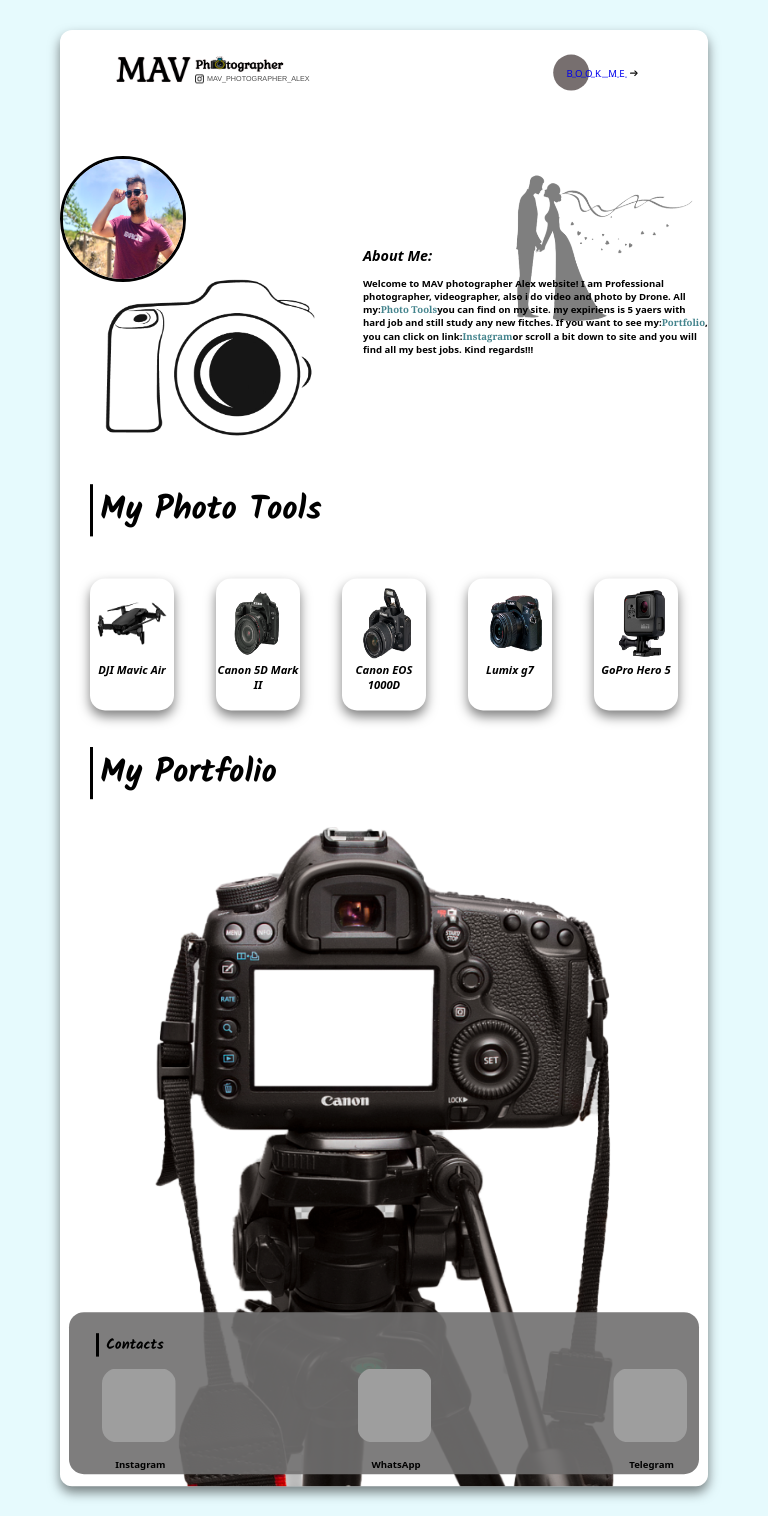
Repository: Dekabrist94/MAV
Page: /
These files come from the project's save history. The page is drawn as it stood at one moment and after the next save; the edit follows.
The browser window is 1280 px wide. The pictures show the whole page, at 60% of full size.
Pictures or frames that could not be fetched are drawn as grey boxes. The project was rebuilt for these pictures with package versions that can differ from the ones it lists, and the page was loaded fresh each time. Also part of the build but not shown: src/components/media/media.css.

Above is the page before, as saved 2023-03-27 22:20:35.

### public/index.html
<!DOCTYPE html>
<html lang="en">
  <head>
    <meta charset="utf-8" />
    <!-- <link rel="icon" href="%PUBLIC_URL%/favicon.ico" /> -->
    <meta name="viewport" content="width=device-width, initial-scale=1" />
    <meta name="theme-color" content="#000000" />
    <meta name="description" content="Web site created using create-react-app" />
    <!-- <link rel="apple-touch-icon" href="%PUBLIC_URL%/logo192.png" /> -->
    <!--
      manifest.json provides metadata used when your web app is installed on a
      user's mobile device or desktop. See https://developers.google.com/web/fundamentals/web-app-manifest/
    -->
    <!-- <link rel="manifest" href="%PUBLIC_URL%/manifest.json" /> -->
    <!--
      Notice the use of %PUBLIC_URL% in the tags above.
      It will be replaced with the URL of the `public` folder during the build.
      Only files inside the `public` folder can be referenced from the HTML.

      Unlike "/favicon.ico" or "favicon.ico", "%PUBLIC_URL%/favicon.ico" will
      work correctly both with client-side routing and a non-root public URL.
      Learn how to configure a non-root public URL by running `npm run build`.
    -->
    <title>React App</title>
  </head>
  <body>
    <noscript>You need to enable JavaScript to run this app.</noscript>
    <div id="root"></div>
    <!--
      This HTML file is a template.
      If you open it directly in the browser, you will see an empty page.

      You can add webfonts, meta tags, or analytics to this file.
      The build step will place the bundled scripts into the <body> tag.

      To begin the development, run `npm start` or `yarn start`.
      To create a production bundle, use `npm run build` or `yarn build`.
    -->
  </body>
</html>

### src/index.js
import React from 'react';
import ReactDOM from 'react-dom/client';
import './index.scss';
import App from './App';
import reportWebVitals from './reportWebVitals';

const root = ReactDOM.createRoot(document.getElementById('root'));
root.render(
  <React.StrictMode>
    <App />
  </React.StrictMode>,
);

// If you want to start measuring performance in your app, pass a function
// to log results (for example: reportWebVitals(console.log))
// or send to an analytics endpoint. Learn more: https://bit.ly/CRA-vitals
reportWebVitals();

### src/index.scss
@font-face {
  font-family: Kalam;
  src: url(../src/components/fonts/Kalam-Bold.ttf);
}

.aboutLinks {
  color: rgb(68, 132, 141);
  text-decoration: none;
  font-family: Georgia, 'Times New Roman', Times, serif;
  transition: all 0.3s ease;
}

.aboutLinks:hover {
  color: rgb(235, 17, 82);
  text-decoration: none;
  font-family: Georgia, 'Times New Roman', Times, serif;
}

body {
  position: relative;
  margin: 0;
  font-family: system-ui;
  -webkit-font-smoothing: antialiased;
  -moz-osx-font-smoothing: grayscale;
  background-color: rgb(12, 213, 240, 0.1);
}

.wrapper {
  background: #ffffff;
  box-shadow: 0px 10px 20px rgba(0, 0, 0, 0.5);
  border-radius: 20px;
  max-width: 1080px;
  margin: 50px auto;
}

header {
  padding: 40px;
  margin: 50px;
  display: flex;
  justify-content: space-between;
}

img {
  margin-right: 5px;
  user-select: none;
}

.headerLeft {
  display: flex;
  align-items: center;
  user-select: none;
}

.underLogoLink {
  color: black;
  opacity: 70%;
  font-family: 'Franklin Gothic Medium', 'Arial Narrow', Arial, sans-serif;
  text-decoration: none;
  transition: all 0.2s ease-in-out;
  text-transform: uppercase;
  font-size: 12px;
  user-select: none;
}
.underLogoLink:hover {
  opacity: 100%;
}
.instaLink {
  display: flex;
  margin-top: -3px;
  align-items: center;
}

.bookMe {
  margin-top: 20px;
}

h3,
p {
  margin: 0;
}

.aboutMe {
  position: relative;
  margin: 0 auto;
  justify-content: space-between;
  display: flex;
  align-items: center;
  // margin-left: 200px;
  // position: relative;
  // display: flex;
  // z-index: 3;
  // align-items: center;
  // justify-content: space-between;
}

.bride {
  opacity: 0.5;
  position: absolute;

  top: 30px;
  // position: relative;
  left: 750px;
  // opacity: 0.5;
  user-select: none;
}

.textAboutCenter {
  // left: -150px;
  // position: relative;
  text-align: left;
  font-style: italic;
}
.textAbout {
  // position: relative;
  // left: -150px;
  z-index: 5;
  // text-align: left;
  // font-style: italic;
  // font-family: 'Kalam';
  // opacity: 0.9;
  // display: inline;
  // font-size: 15px;
}

.camera {
  // left: -190px;
  // position: absolute;
}
.avatar {
  top: 30px;
  position: relative;
  border-radius: 50%;
  border: 5px black solid;
  z-index: 1;
  transition: all 0.4s ease-in-out;
}
.avatar:hover {
  transform: scale(1.03);
}

.cardContainer {
  display: flex;
  padding: 15px;
}
.card {
  height: 220px;
  width: 140px;
  margin: 0 auto;
  transition: all 0.2s ease-in-out;
  &:hover {
    transform: translateY(-5px);
  }
}

.cardBorder {
  border-radius: 25px;
  box-shadow: 0px 10px 20px rgba(0, 0, 0, 0.5);
}

.cardStyle {
  padding-top: 15px;
  text-align: center;
}

.CaptionTools {
  font-family: 'Kalam';
  margin-left: 50px;
  font-size: 55px;
  padding-left: 12px;
  border-left: 5px rgb(0, 0, 0) solid;
}

.captionPortfolio {
  font-family: 'Kalam';
  margin-left: 50px;
  font-size: 55px;
  padding-left: 12px;
  border-left: 5px rgb(0, 0, 0) solid;
}

.mainCamera {
  margin: 0 auto;
  align-items: center;
  display: flex;
}

.cameraSlider {
  margin: 0 auto;
  z-index: 2;
}

.contContainer {
  position: relative;
  margin: 0px 15px auto;
}

.background {
  position: absolute;
  background: rgba(112, 111, 111, 0.9);
  width: 100%;
  height: 270px;
  margin: -290px auto;
  z-index: 3;
  border-radius: 25px;
}

.qr {
  padding: 15px;
}

.contCaption {
  font-family: 'Kalam';
  margin-left: 30px;
  border-left: 5px rgb(0, 0, 0) solid;
  padding-left: 12px;
}

.contacts {
  display: flex;
  align-items: center;
  justify-content: space-between;
}

li {
  list-style-type: none;
  z-index: 5;
}

.qrcode {
  border-radius: 25px;
  transition: all 0.3s ease;
}

.qrcode:hover {
  transform: scale(1.1);
  transition: all 0.3s ease;
}

::-webkit-scrollbar {
  width: 5px;
  /* 1 - вертикальный скроллбар */
}

::-webkit-scrollbar:horizontal {
  height: 5px; /* 1 - горизонтальный скроллбар */
}

::-webkit-scrollbar-button {
  background: #787978; /* 2 - кнопка */
}

::-webkit-scrollbar-track {
  background: #787978; /* 3 - трек */
}

::-webkit-scrollbar-track-piece {
  background: #787978; /* 4 – видимая часть трека */
}

::-webkit-scrollbar-thumb {
  background: #0f8c9c;
  border-radius: 25px;
  -webkit-box-shadow: inset 0 0 6px rgba(0, 0, 0, 0.3); /* 5 - ползунок */
}

### src/App.js
import { Header } from './pages/Header';
import { PhotoTools } from './pages/PhotoTools';
import { AboutMe } from './pages/AboutMe';
import { Portfolio } from './pages/Portfolio';
import { Contacts } from './pages/Contacts';
function App() {
  return (
    <div className="wrapper">
      <Header />
      <AboutMe />
      <PhotoTools />
      <Portfolio />
      <Contacts />
    </div>
  );
}

export default App;

### src/pages/Header.jsx
import PHOTOGRAPHER from '../assets/img/photographer.png';
import InstaLogo from '../assets/img/instagram.png';
import MAV from '../assets/img/MAV.png';
import '../index.scss';
import { CustomButton } from '../components/button UI';
import React from 'react';
import '../components/media/media.css';
export const Header = () => {
  return (
    <header>
      <div className="headerLeft">
        <img className="headerImg" width={130} height={50} src={MAV} alt="logo" />
        <div className="headerInfo">
          <img className="headerImgLogo" width={150} height={30} src={PHOTOGRAPHER} alt="logo" />
          <div className="instaLink">
            <img className="headerImgLogo" width={15} height={15} src={InstaLogo} alt="Instagram" />
            <a
              href="https://www.instagram.com/mav_photographer_alex/?igshid=YmMyMTA2M2Y%3D"
              className="underLogoLink">
              mav_photographer_alex
            </a>
          </div>
        </div>
      </div>
      <div className="bookMe">
        <CustomButton text="BOOK ME" style="link" />
      </div>
    </header>
  );
};

### src/pages/PhotoTools.jsx
import Drone from '../assets/img/mavicAir.png';
import Mark from '../assets/img/5dmark.png';
import CanonD from '../assets/img/1000d.png';
import Lumix from '../assets/img/lumix.png';
import Hero5 from '../assets/img/hero5.png';
import React from 'react';
import '../index.scss';
import '../components/media/media.css';
export const PhotoTools = () => {
  return (
    <section className="PhotoTools">
      <aside>
        <h1 className="CaptionTools">My Photo Tools</h1>
      </aside>
      <div className="cardContainer">
        <div className="card cardBorder">
          <img className="cardStyle" width={140} height={120} src={Drone} alt="card" />
          <i className="cardStyle">
            <h3>DJI Mavic Air</h3>
          </i>
        </div>
        <div className="card cardBorder">
          <img className="cardStyle" width={140} height={120} src={Mark} alt="card" />
          <i className="cardStyle">
            <h3>Canon 5D Mark II</h3>
          </i>
        </div>
        <div className="card cardBorder">
          <img className="cardStyle" width={160} height={120} src={CanonD} alt="card" />
          <i className="cardStyle">
            <h3>Canon EOS 1000D</h3>
          </i>
        </div>
        <div className="card cardBorder">
          <img className="cardStyle" width={160} height={120} src={Lumix} alt="card" />
          <i className="cardStyle">
            <h3>Lumix g7</h3>
          </i>
        </div>
        <div className="card cardBorder">
          <img className="cardStyle" width={160} height={120} src={Hero5} alt="card" />
          <i className="cardStyle">
            <h3>GoPro Hero 5</h3>
          </i>
        </div>
      </div>
    </section>
  );
};

### src/pages/AboutMe.jsx
import React from 'react';
import '../index.scss';
import Camera from '../assets/img/camera.png';
import AVATAR from '../assets/img/AVATAR.jpg';
import Bride from '../assets/img/bride.png';
import '../components/media/media.css';
export const AboutMe = () => {
  return (
    <section className="aboutMe">
      <div className="aboutImg">
        <img className="avatar" width={200} height={200} src={AVATAR} alt="AVATAR" />
        <img className="camera" width={500} height={302} src={Camera} alt="Camera" />
      </div>

      <h4 className="textAbout">
        <h1 className="textAboutCenter">About Me:</h1> Welcome to MAV photographer Alex website! I
        am Professional photographer, videographer, also i do video and photo by Drone. All my:
        <a className="aboutLinks" href="#">
          Photo Tools
        </a>
        you can find on my site. my expiriens is 5 yaers with hard job and still study any new
        fitches. If you want to see my:
        <a className="aboutLinks" href="#">
          Portfolio
        </a>
        , you can click on link:
        <a className="aboutLinks" href="#">
          Instagram
        </a>
        or scroll a bit down to site and you will find all my best jobs. Kind regards!!!
      </h4>

      <div className="brideContainer">
        {' '}
        <img className="bride" width={320} height={350} src={Bride} alt="Bride" />
      </div>
    </section>
  );
};

### src/pages/Portfolio.jsx
import '../index.scss';
import React from 'react';
import mainCamera from '../assets/img/mainCamera.png';
import '../components/media/media.css';
export const Portfolio = () => {
  return (
    <section className="Portfolio">
      <h1 className="captionPortfolio">My Portfolio</h1>
      <div className="slider">
        <div className="mainCamera">
          <img className="cameraSlider" width={800} height={1100} src={mainCamera} />
        </div>
      </div>
    </section>
  );
};

### src/pages/Contacts.jsx
import '../index.scss';
import React from 'react';
import '../components/media/media.css';
export const Contacts = () => {
  return (
    <section className="contContainer">
      <div className="background">
        <div className="qr">
          <h1 className="contCaption">Contacts</h1>
          <ul className="contacts">
            <li>
              <a href="https://www.instagram.com/palazzagofotografo/" target="_blank">
                <img
                  className="qrcode"
                  src="http://qrcoder.ru/code/?https%3A%2F%2Fwww.instagram.com%2Fpalazzagofotografo%2F&3&0"
                  width="123"
                  height="123"
                  title="Instagram QR Code"
                />
              </a>
              <h4 align="center">Instagram</h4>
            </li>
            <li>
              <a href="https://wa.me/+393519741841" target="_blank">
                <img
                  className="qrcode"
                  src="http://qrcoder.ru/code/?https%3A%2F%2Fwa.me%2F%2B393519741841&3&0"
                  width="123"
                  height="123"
                  title="WhatsApp QR Code"
                />
              </a>
              <h4 align="center">WhatsApp</h4>
            </li>
            <li>
              <a href="https://t.me/mavphotographeralex" target="_blank">
                <img
                  className="qrcode"
                  src="http://qrcoder.ru/code/?https%3A%2F%2Ftelegram.me%2F%40mavphotographer&4&0"
                  width="123"
                  height="123"
                  title="Telegram QR Code"
                />
              </a>
              <h4 align="center">Telegram</h4>
            </li>
          </ul>
        </div>
      </div>
    </section>
  );
};

### src/components/button UI/index.jsx
import styles from './Button.module.css';
import React from 'react';

export const CustomButton = ({ type, text, link, style }) => {
  if (style === 'btn') {
    return (
      <button className={`${styles.button} ${styles.buttonBtn}`} type={type}>
        <span>{text}</span>
        <svg width="13px" height="10px" viewBox="0 0 13 10">
          <path d="M1,5 L11,5"></path>
          <polyline points="8 1 12 5 8 9"></polyline>
        </svg>
      </button>
    );
  } else if (style === 'link') {
    return (
      <a
        href="https://wa.me/+393519741841"
        className={`${styles.button} ${styles.buttonLink}`}
        target="_blank"
        rel="noreferrer">
        <span>{text}</span>
        <svg width="13px" height="10px" viewBox="0 0 13 10">
          <path d="M1,5 L11,5"></path>
          <polyline points="8 1 12 5 8 9"></polyline>
        </svg>
      </a>
    );
  }
  return <button>{text}</button>;
};

### src/components/button UI/Button.module.css
.button {
  position: relative;
  margin: auto;
  padding: 19px 22px;
  transition: all 0.2s ease;
  cursor: pointer;
}
.button:before {
  content: '';
  position: absolute;
  top: 0;
  left: 0;
  display: block;
  border-radius: 50%;

  width: 60px;
  height: 60px;
  transition: all 0.5s ease;
}
.buttonLink:before {
  background: rgb(119, 111, 111);
}
.buttonBtn:before {
  background: rgba(255, 165, 45, 0.5);
}
.button span {
  position: relative;
  font-size: 16px;
  line-height: 18px;
  font-weight: 400;
  letter-spacing: 4px;
  text-transform: uppercase;
  vertical-align: middle;
  transition: color 0.5s ease;
}
.button:hover span {
  color: #fff;
}
.button svg {
  position: relative;
  top: 0;
  margin-left: 10px;
  fill: none;
  stroke-linecap: round;
  stroke-linejoin: round;
  stroke: #111;
  stroke-width: 2;
  transform: translateX(-5px);
  transition: all 0.5s ease;
}
.button:hover:before {
  width: 100%;
  border-radius: 50px;
}
.buttonLink:hover:before {
  background: black;
}
.buttonBtn:hover:before {
  background: rgb(255, 165, 45);
}
.button:hover svg {
  transform: translateX(0);
  stroke: #fff;
}
.button:active {
  transform: scale(0.96);
}

Loaded but not shown: src/reportWebVitals.js (common file)

After the next save:
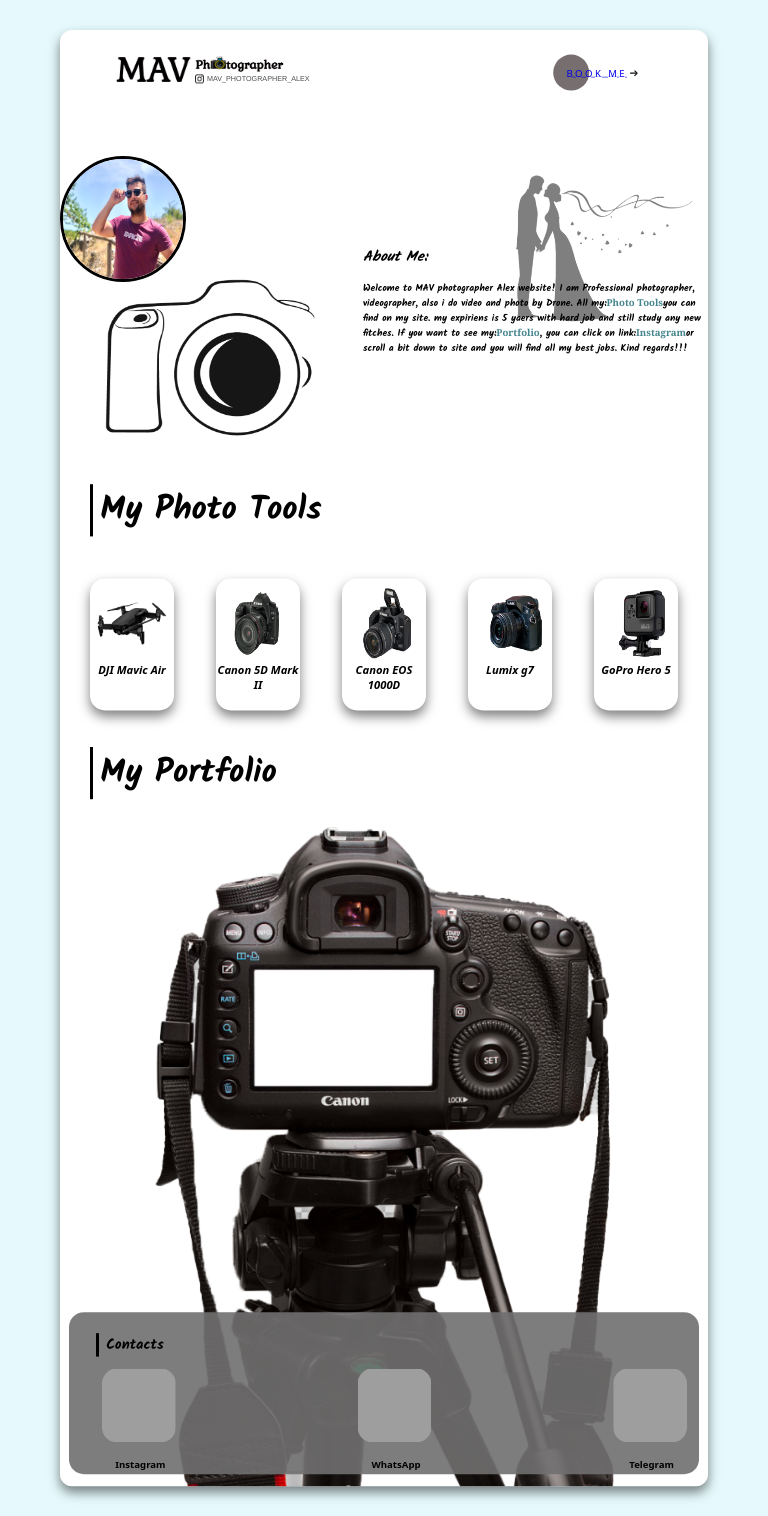
Saved 12 s later.
--- a/src/index.scss
+++ b/src/index.scss
@@ -116,7 +116,7 @@
   z-index: 5;
   // text-align: left;
   // font-style: italic;
-  // font-family: 'Kalam';
+  font-family: 'Kalam';
   // opacity: 0.9;
   // display: inline;
   // font-size: 15px;
